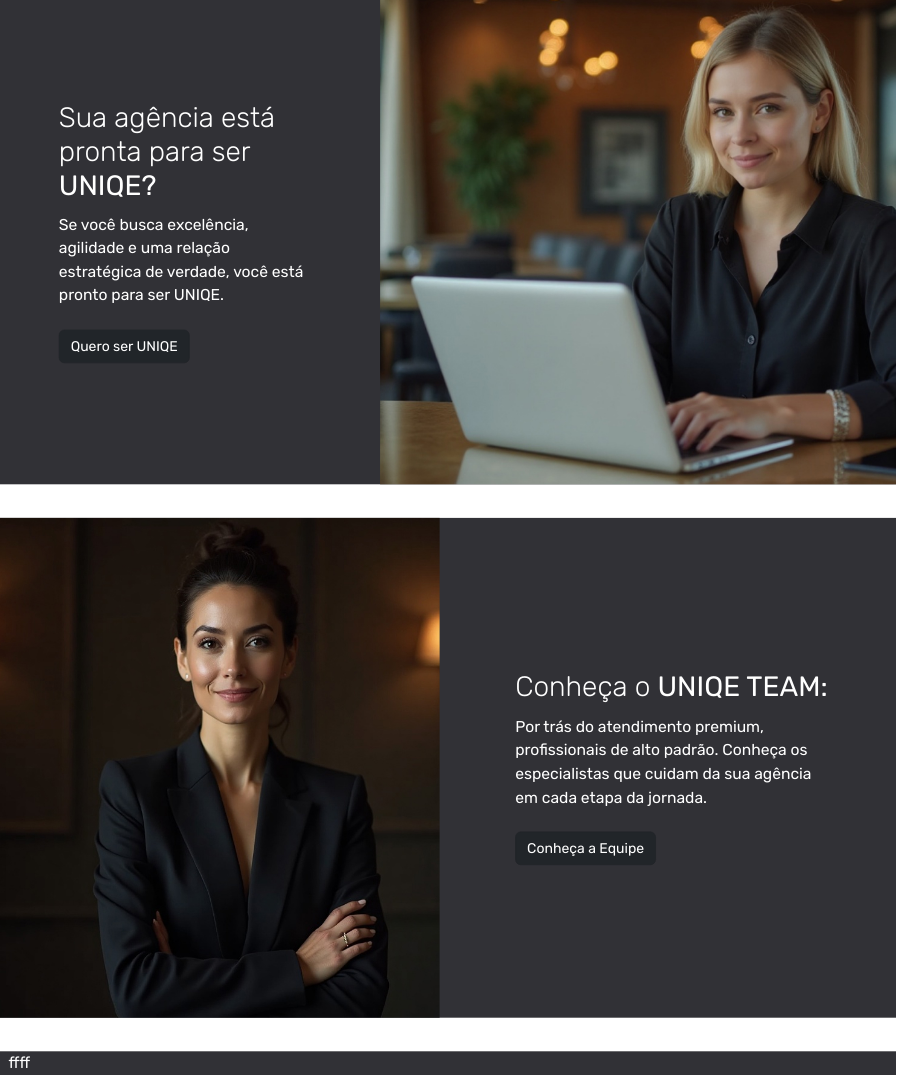
Repository: SkyTeam-Dev/Site-Uniqe
Page: http://localhost/
The author's editor kept a copy of each file at every save. The page is drawn from the files as they stood at one save, then again after the next save.
The browser window is 1280 px wide. The page is 1292 px wide, so the pictures cover 1292 px, including what lies to the right of the window. The pictures show the part of the page from y = 2657 to 4537 px (the page is 4193 px tall before and 4537 px after), at 70% of full size.
Some web libraries are served in a nearby version. The page is run by PHP 8.4 with error messages shown; the project is at /var/www/html/.

Above is the page before, as saved 2025-07-04 11:05:37.

After the next save:
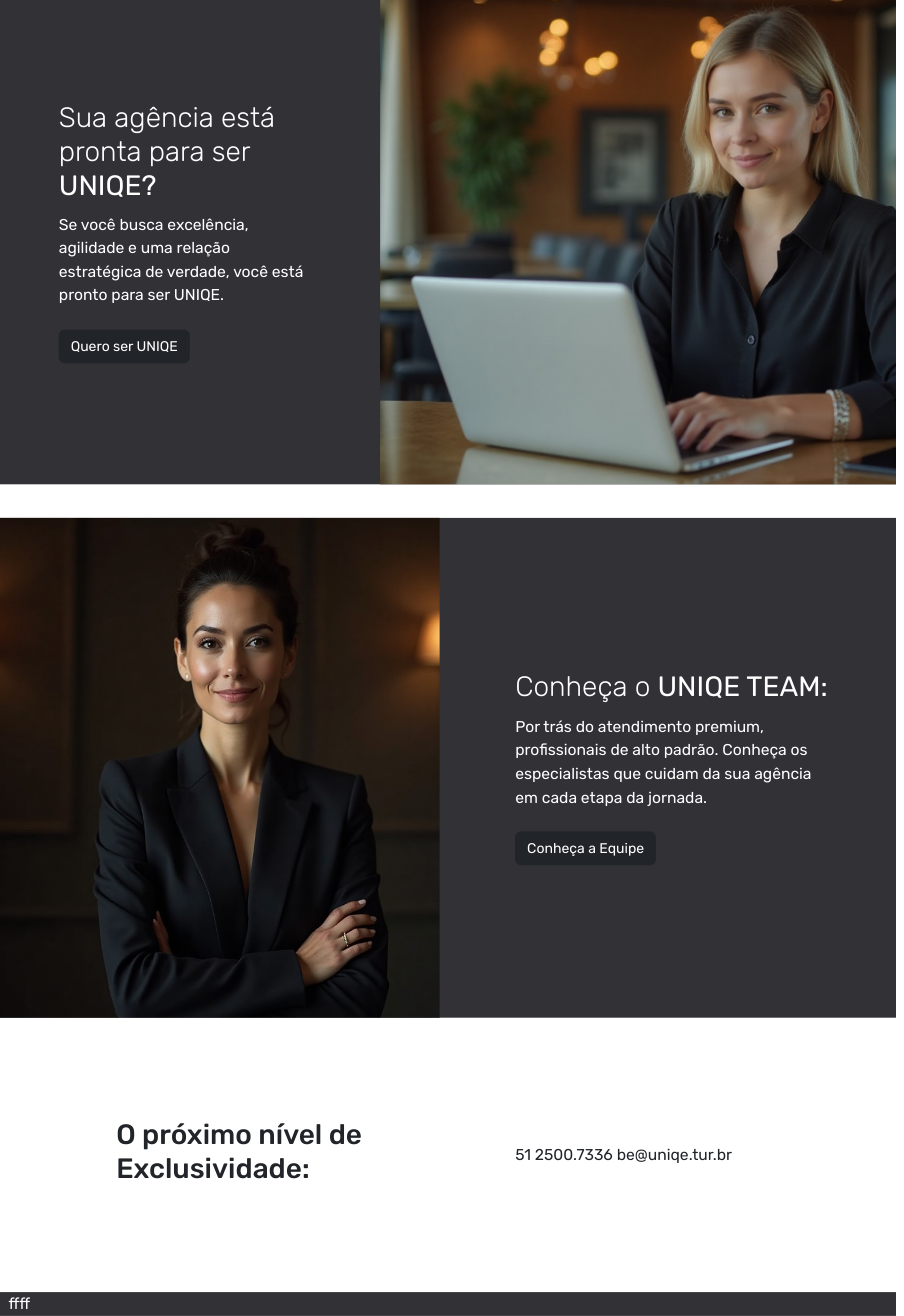
Saved 3 min 27 s later.
--- a/index.php
+++ b/index.php
@@ -498,6 +498,30 @@
 
     <section class="container-fluid mt-5 mb-5">
 
+        <div class="container">
+
+            <div class="row align-items-center">
+                <div class="col-md-6 p-5 mb-4 mb-md-0">
+                    <div class="p-5">
+
+                        <h1>O próximo nível de Exclusividade:</h1>
+
+                    </div>
+                </div>
+
+                <div class="col-md-6 p-5 mb-4 mb-md-0">
+                    <div class="p-5">
+                        51 2500.7336
+                        be@uniqe.tur.br
+                    </div>
+                </div>
+
+
+
+            </div>
+
+        </div>
+
     </section>
 
 
